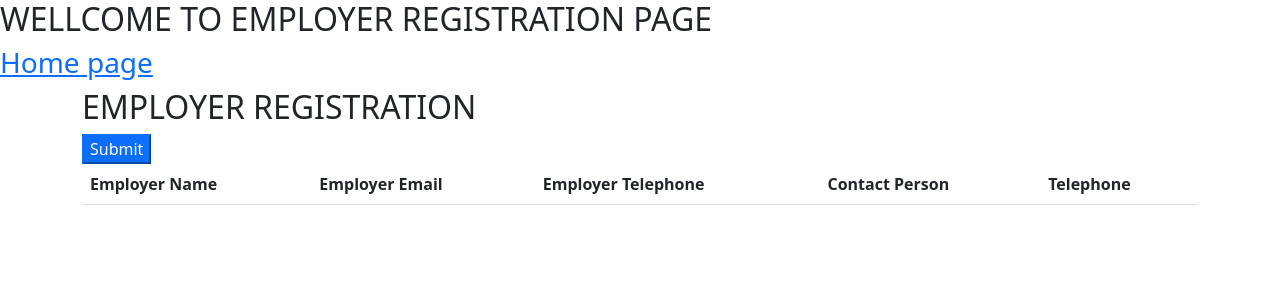
Repository: wizard991-ui/django_recruitment
Page: recruitment_app/templates/addemployer.html
These files come from the project's save history. The page is drawn as it stood at one moment and after the next save; the edit follows.
The browser window is 1280 px wide. The pictures show the whole page.
The page is served by the project's application, run on Django 5.2 (manage.py). Other server files are loaded and not shown. The template is opened directly, without the code that normally fills it, so the values that code supplies are empty.

Above is the page before, as saved 2024-11-12 08:48:15.

### recruitment_app/templates/addemployer.html
<!DOCTYPE html>
<html lang="en">
<head>
    {%load static%}
    {%load crispy_forms_tags%}
    <meta charset="UTF-8">
    <meta name="viewport" content="width=device-width, initial-scale=1.0">
    <title>addemployer</title>
    <link rel= 'stylesheet' href="{% static 'css/bootstrap.min.css' %}" >
</head>
<body>
    <h2>WELLCOME TO EMPLOYER REGISTRATION PAGE</h2>
        <a href ="{% url 'index_page'%}"> <h3>Home page</h3></a>
        <div class='container'>
            <h2>EMPLOYER REGISTRATION </h2>
            <form method="POST">
                {% csrf_token %}
                {{form | crispy}}
                <input type='submit' class='btn-primary'>

            </form>
            {% if message %}
            {{ message }}
            {% endif %}

            <table class="table table-striped">
                <thead>
                    <tr>
                    <th scope="col">Employer Name</th>
                    <th scope="col">Employer Email</th>
                    <th scope="col">Employer Telephone</th>
                    <th scope="col">Contact Person</th>
                    <th scope="col">Telephone</th>
                    </tr>
                </thead>
            </table>
        </div>
</body>
</html>

### recruitment_pj/urls.py
"""
URL configuration for recruitment_pj project.

The `urlpatterns` list routes URLs to views. For more information please see:
    https://docs.djangoproject.com/en/5.1/topics/http/urls/
Examples:
Function views
    1. Add an import:  from my_app import views
    2. Add a URL to urlpatterns:  path('', views.home, name='home')
Class-based views
    1. Add an import:  from other_app.views import Home
    2. Add a URL to urlpatterns:  path('', Home.as_view(), name='home')
Including another URLconf
    1. Import the include() function: from django.urls import include, path
    2. Add a URL to urlpatterns:  path('blog/', include('blog.urls'))
"""
from django.contrib import admin
from django.urls import path
from recruitment_app.views import index_view,add_applicant_View,add_employer_view, add_jobposting_view,add_qualification_view,add_jobrequirements_view,add_application_view

urlpatterns = [
    path('admin/', admin.site.urls),
    path('', index_view, name='index_page'),
    path('addapplicant/',add_applicant_View, name="addapplicant_page"),
    path('addemployer/',add_employer_view, name='addemployer_page'),
    path('addjobposting/',add_jobposting_view, name='addjobposting_page'),
    path('addqualification/', add_qualification_view, name='addqualification_page'),
    path('addjorequirement/',add_jobrequirements_view, name ='addrequirement_page'),
    path('addapplication/',add_application_view, name='addapplication_page')
]

Loaded but not shown: static/css/bootstrap.min.css (library)

After the next save:
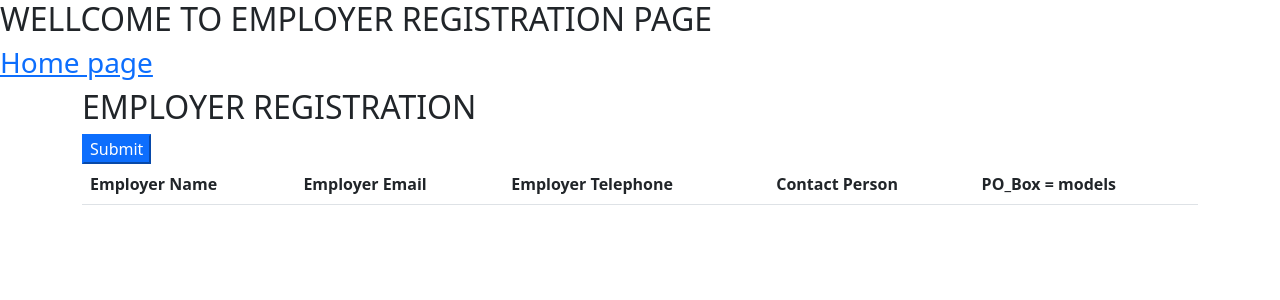
Saved 17 s later.
--- a/recruitment_app/templates/addemployer.html
+++ b/recruitment_app/templates/addemployer.html
@@ -30,7 +30,7 @@
                     <th scope="col">Employer Email</th>
                     <th scope="col">Employer Telephone</th>
                     <th scope="col">Contact Person</th>
-                    <th scope="col">Telephone</th>
+                    <th scope="col">PO_Box = models</th>
                     </tr>
                 </thead>
             </table>
